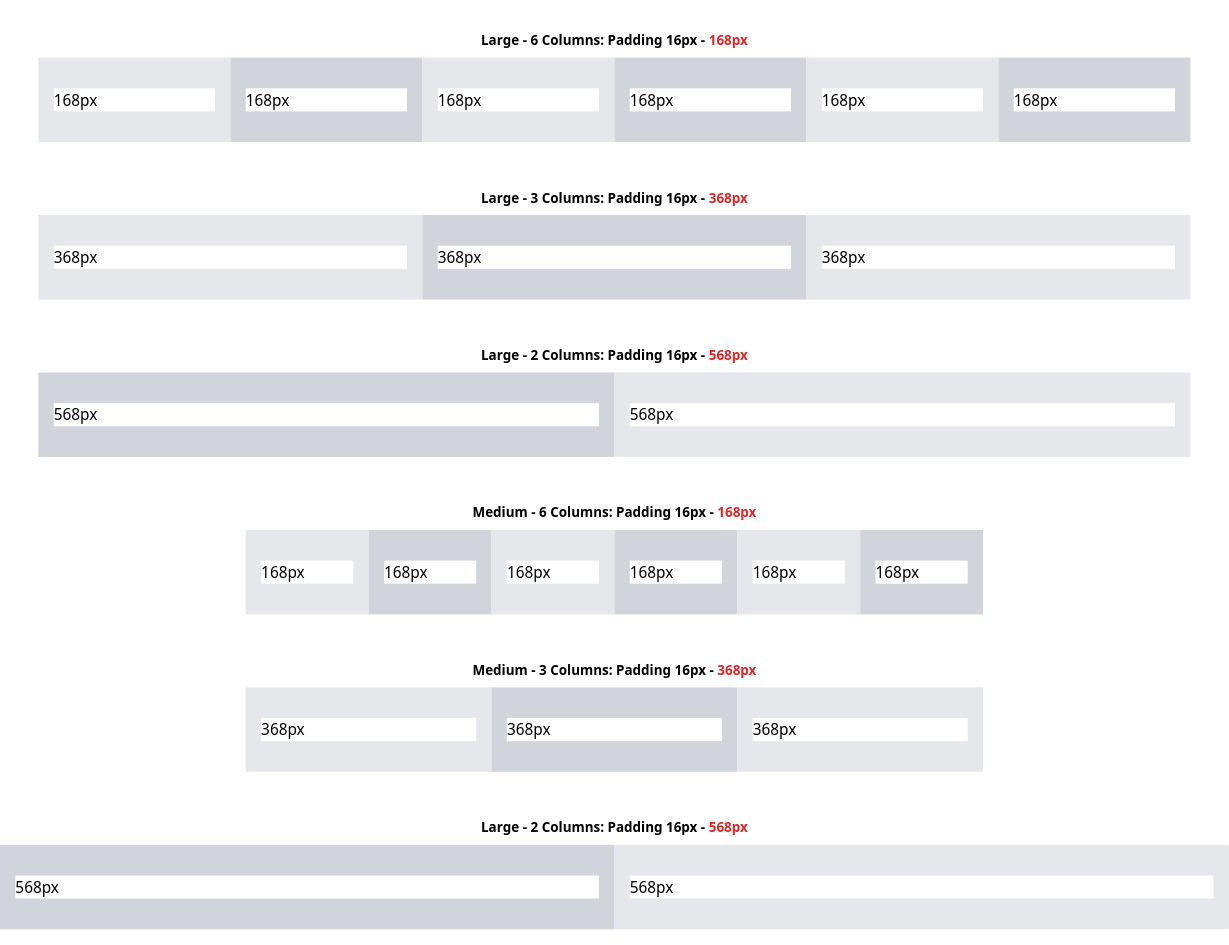
Repository: fabianwurk/vue-tailwind
Page: /
The author's editor kept a copy of each file at every save. The page is drawn from the files as they stood at one save, then again after the next save.
The browser window is 1280 px wide. The pictures show the whole page, at 96% of full size.
The project was rebuilt for these pictures with package versions that can differ from the ones it lists, and the page was loaded fresh each time. Also part of the build but not shown: vite.config.js.

Above is the page before, as saved 2021-03-16 00:27:16.

After the next save:
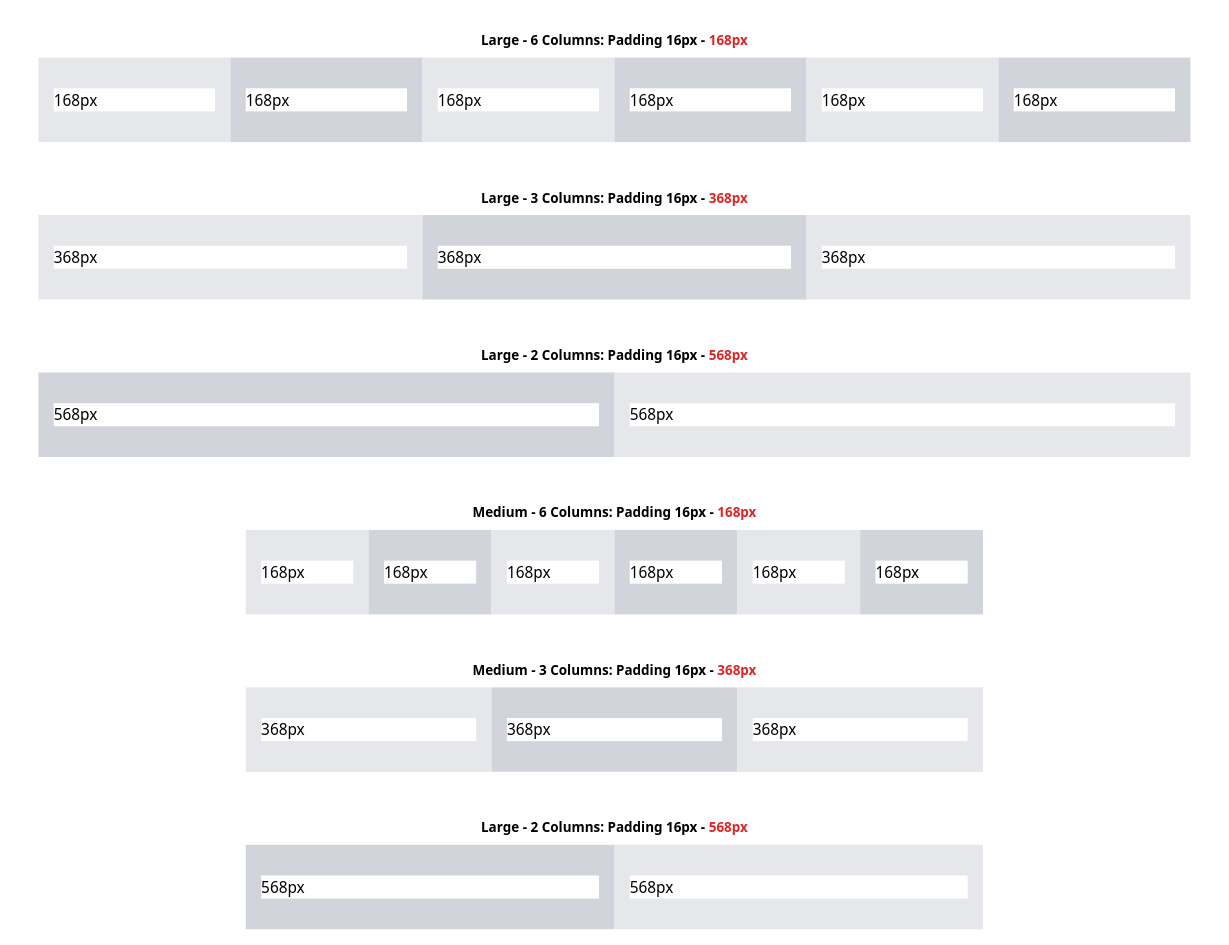
Saved 10 s later.
--- a/src/components/Medium.vue
+++ b/src/components/Medium.vue
@@ -40,7 +40,7 @@
     </div>
   </div>
 
-  <div class="medium:container mx-auto">
+  <div class="max-w-3xl mx-auto">
     <h2 class="text-sm font-bold mb-2 mt-8 text-center">Large - 2 Columns: Padding 16px - <span class="text-red-600">{{ twoCol }}</span></h2>
     <div class="flex items-center">
       <div class="w-1/2 bg-gray-300 mb-4 mt-0 py-8 px-4">
